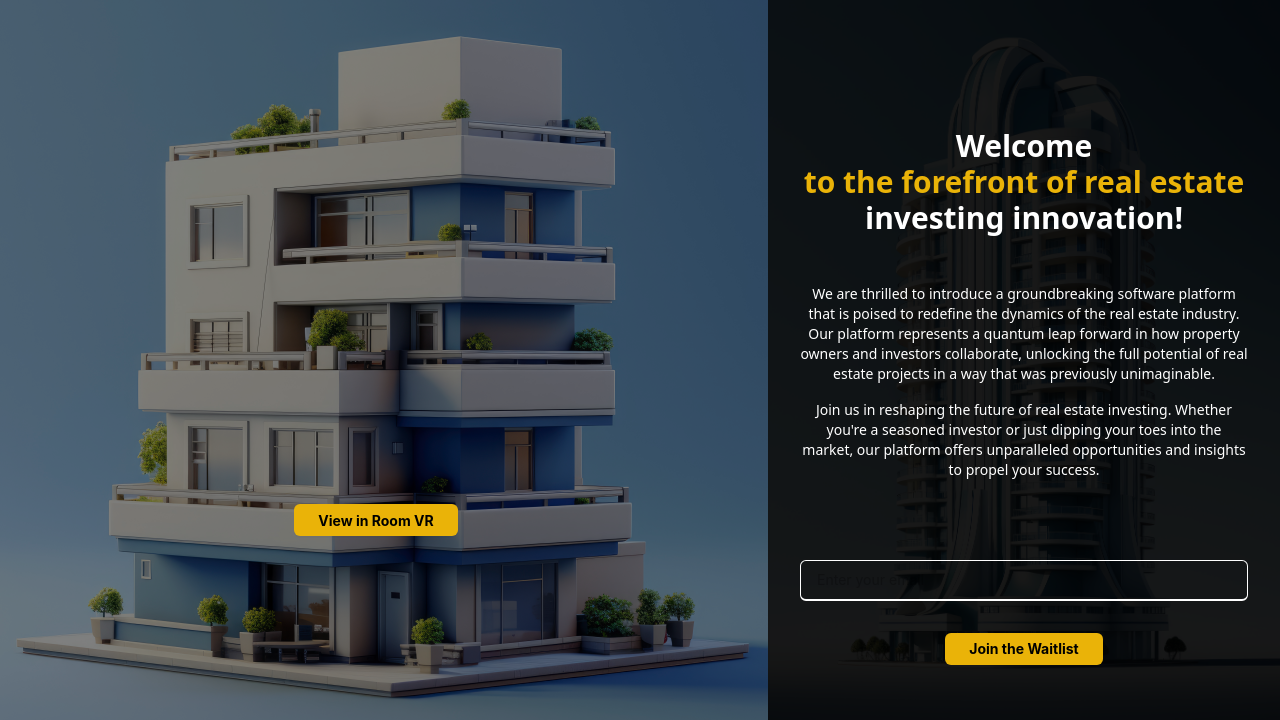
Repository: brytemenz/investnest-landing
Page: /
An editor plug-in stored every save of this project. The page is shown before and after the next save, followed by the edit.
The browser window is 1280 px wide. The pictures show the whole page.
The project was rebuilt for these pictures with package versions that can differ from the ones it lists, and the page was loaded fresh each time. Also part of the build but not shown: vite.config.js, src/components/ThreeDImage.jsx, src/components/footer.jsx.

Above is the page before, as saved 2024-05-29 15:54:09.

After the next save:
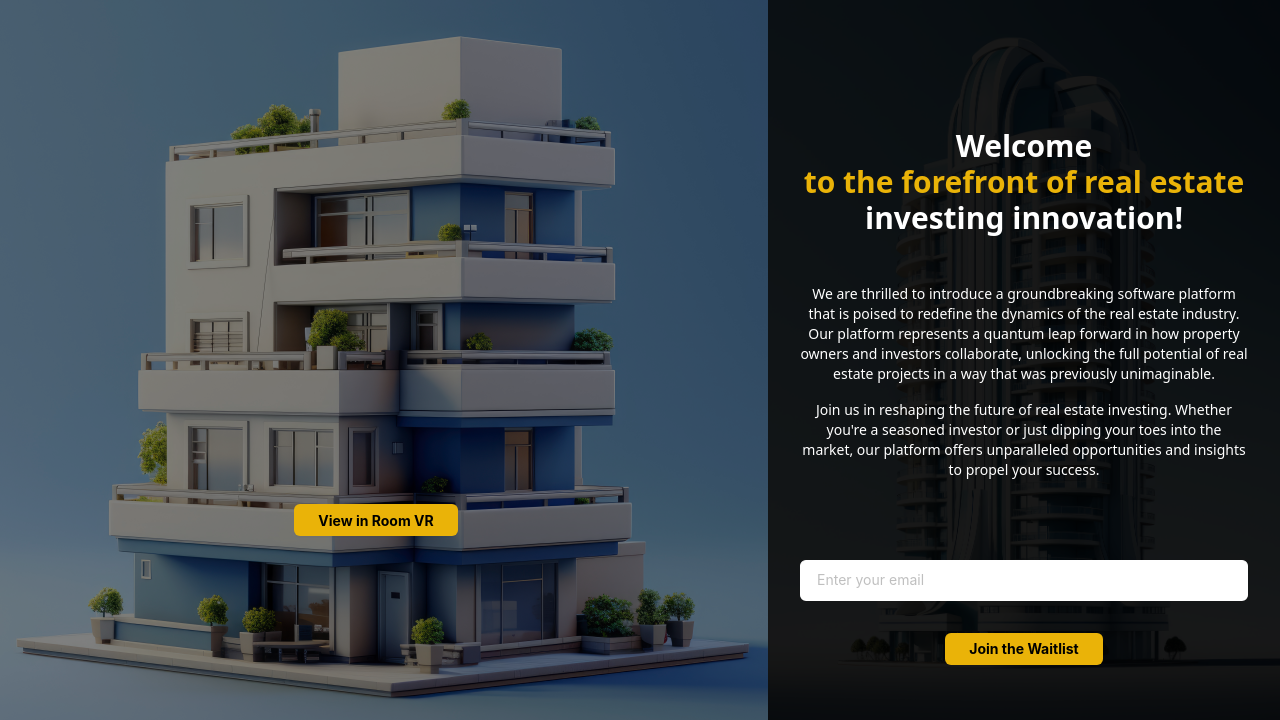
Saved 55 s later.
--- a/src/pages/landingPage.jsx
+++ b/src/pages/landingPage.jsx
@@ -63,7 +63,7 @@ const LandingPage = () => {
                     our platform offers unparalleled opportunities and insights to propel your success.
                   </p>
                   <div className="mt-20 flex justify-center">
-                    <Input placeholder="Enter your email" className="border-b-2 border-white bg-transparent text-white placeholder-white::placeholder px-4 py-2 focus:outline-none focus:border-yellow-500" />
+                    <Input placeholder="Enter your email" className="border-b-2 border-white bg-white text-white placeholder-white::placeholder px-4 py-2 focus:outline-none focus:border-yellow-500" />
                   </div>
                 </div>
                 <Button className="text-sm mt-8 flex items-center justify-center mx-auto bg-yellow-500 text-black px-6 rounded-md font-bold self-center transition duration-300 ease-in-out hover:text-yellow-500" style={{ border: 'none' }}>Join the Waitlist</Button>
